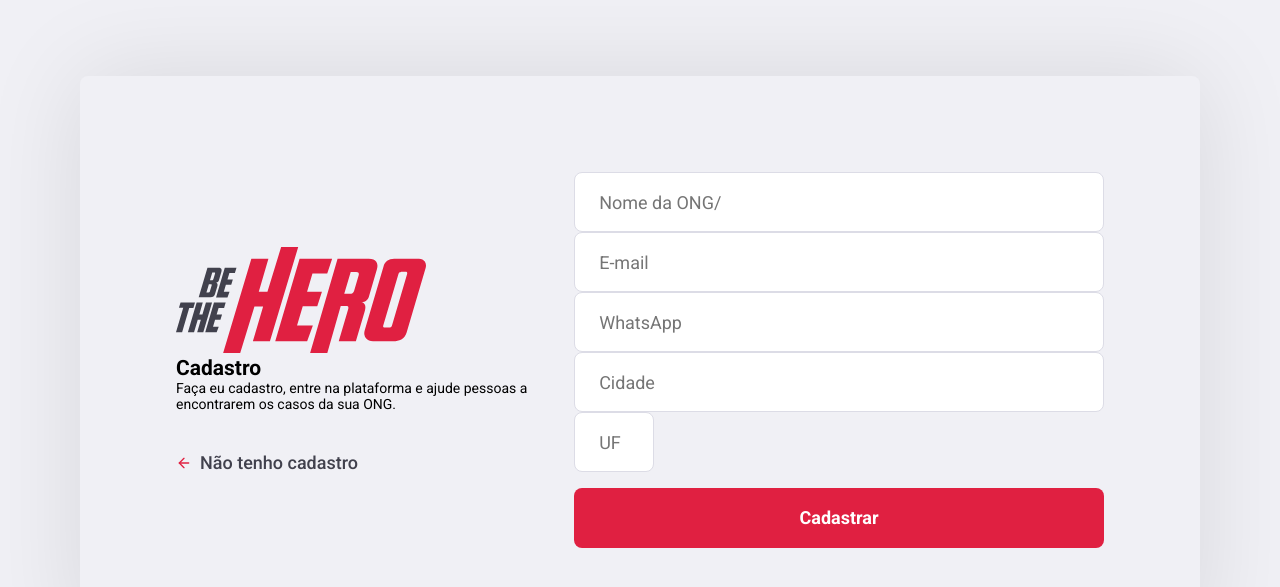
Repository: lucas-silva-dev/be-the-hero
Page: /register (app in frontend/)
These files come from the project's save history. The page is drawn as it stood at one moment and after the next save; the edit follows.
The browser window is 1280 px wide. The pictures show the whole page.
The project was rebuilt for these pictures with package versions that can differ from the ones it lists, and the page was loaded fresh each time. Also part of the build but not shown: frontend/src/pages/Logon/styles.css, frontend/src/pages/Logon/index.js.

Above is the page before, as saved 2020-03-25 22:58:40.

After the next save:
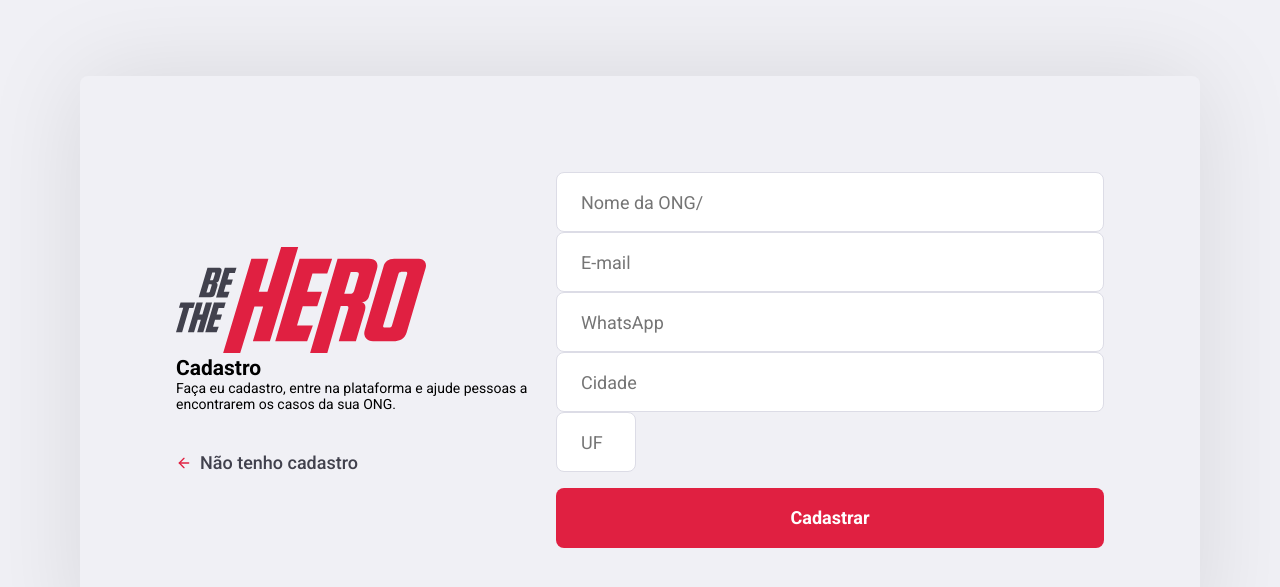
Saved 67 s later.
--- a/frontend/src/pages/Register/styles.css
+++ b/frontend/src/pages/Register/styles.css
@@ -20,3 +20,8 @@
   justify-content: space-between;
   align-items: center;
 }
+
+.register-container .content section {
+  width: 100%;
+  max-width: 380px;
+}
